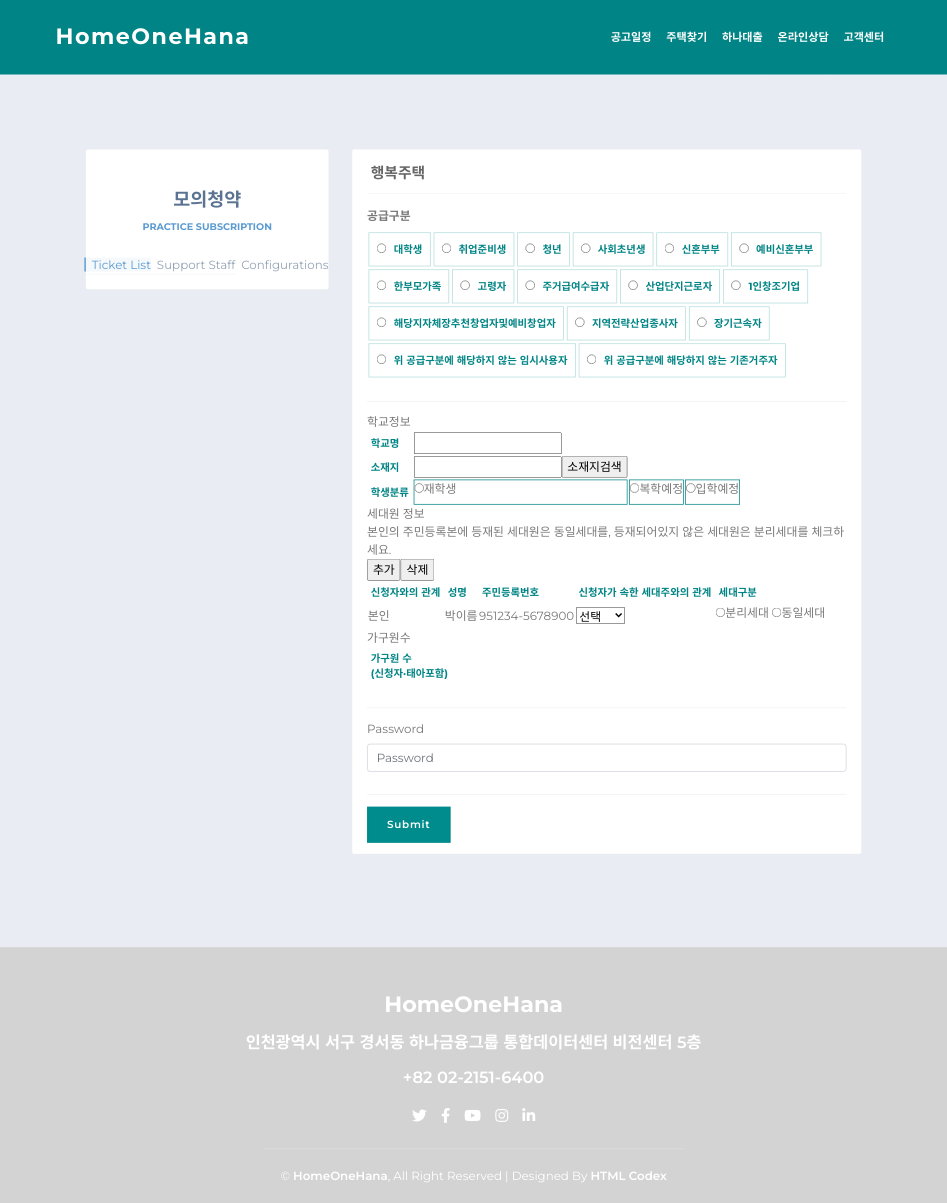
Repository: koposoftware/2021_10_syyoon
Page: http://localhost/HomeOneHana/WEB-INF/jsp/subscription/subscription.jsp
The author's editor kept a copy of each file at every save. The page is drawn from the files as they stood at one save, then again after the next save.
The browser window is 1280 px wide. The pictures show the whole page, at 74% of full size.
Some icons come from a web library that is not loaded, so they are not drawn. Some web libraries are served in a nearby version. The page is served by Tomcat 9. Nobody is signed in. Other server files are loaded and not shown. The template is opened directly, without the code that normally fills it, so the values that code supplies are empty.

Above is the page before, as saved 2021-09-14 23:41:51.

### project/Spring-mvc/HomeOneHana/src/main/webapp/WEB-INF/jsp/subscription/subscription.jsp
<%@ page language="java" contentType="text/html; charset=UTF-8"
    pageEncoding="UTF-8"%>
<%@ taglib prefix="c" uri="http://java.sun.com/jsp/jstl/core" %>
<!DOCTYPE html>
<html>
<head>
<meta charset="UTF-8">
<title>HomeOneHana::모의청약</title>
<link href="${ pageContext.request.contextPath }/resources/css/top/menubg.css" rel="stylesheet">
<link href="${ pageContext.request.contextPath }/resources/css/subscription/subscription.css" rel="stylesheet">
<script src="https://code.jquery.com/jquery-3.6.0.js"></script>
</head>
<body>
	<header>
		<div class="limiter">
			<div class="container-login100">
				<div class="wrap-login100">
					<jsp:include page="../include/topMenu.jsp" />
				</div>
			</div>
		</div>

	</header>
	<section>

		<div class="container">
			<div class="col-md-12 bgcol">
			    <div class="col-md-4">
			        <div class="portlet light profile-sidebar-portlet bordered">
			            <div class="profile-usertitle">
			                <div class="profile-usertitle-name"> 모의청약 </div>
			                <div class="profile-usertitle-job"> practice subscription </div>
			            </div>

			            <div class="profile-usermenu">
			                <ul class="nav">
			                    <li class="active">
			                        <a href="#">
			                            <i class="icon-home"></i> Ticket List </a>
			                    </li>
			                    <li>
			                        <a href="#">
			                            <i class="icon-settings"></i> Support Staff </a>
			                    </li>
			                    <li>
			                        <a href="#">
			                            <i class="icon-info"></i> Configurations </a>
			                    </li>
			                </ul>
			            </div>
			        </div>
			    </div>
			    <div class="col-md-8">
			        <div class="portlet light bordered">
			            <div class="portlet-title tabbable-line">
			                <div class="caption caption-md">
			                    <i class="icon-globe theme-font hide"></i>
			                    <span class="caption-subject font-blue-madison bold uppercase">행복주택</span>
			                </div>
			            </div>
			            <div class="portlet-body">
			                <div>


			                    <!-- Tab panes -->
			                    <div class="tab-content">
			                        <div role="tabpanel" class="tab-pane active" id="home">
			                            <form method="get" action="${ pageContext.request.contextPath }/subscription">
			                              <div class="form-group" >
			                                <label class="ititle" >공급구분</label>
			                                	<ul class="nav btnBox" id="inputcerti">
			                                		<li class="btnOutline"><input type="radio" onClick="getvalue(this.value)" id="대학생" value="대학생" name="certification" ><label class="icontent" for="대학생"> 대학생</label></li>
			                                		<li class="btnOutline"><input type="radio" onClick="getvalue(this.value)" id="취업준비생" value="취업준비생" name="certification" ><label class="icontent" for="취업준비생"> 취업준비생</label></li>
			                                		<li class="btnOutline"><input type="radio" onClick="getvalue(this.value)" id="청년" value="청년" name="certification" ><label class="icontent" for="청년"> 청년</label></li>
			                                		<li class="btnOutline"><input type="radio" onClick="getvalue(this.value)" id="사회초년생" value="사회초년생" name="certification" ><label class="icontent" for="사회초년생"> 사회초년생</label></li>
			                                		<li class="btnOutline"><input type="radio" onClick="getvalue(this.value)" id="신혼부부"  value="신혼부부" name="certification" ><label class="icontent" for="신혼부부" > 신혼부부</label></li>
			                                		<li class="btnOutline"><input type="radio" onClick="getvalue(this.value)" id="예비신혼부부" value="예비신혼부부" name="certification" ><label class="icontent" for="예비신혼부부"> 예비신혼부부</label></li>
			                                		<li class="btnOutline"><input type="radio" onClick="getvalue(this.value)" id="한부모가족" value="한부모가족" name="certification" ><label class="icontent" for="한부모가족"> 한부모가족</label></li>
			                                		<li class="btnOutline"><input type="radio" onClick="getvalue(this.value)" id="고령자" value="고령자" name="certification" ><label class="icontent" for="고령자"> 고령자</label></li>
			                                		<li class="btnOutline"><input type="radio" onClick="getvalue(this.value)" id="주거급여수급자" value="주거급여수급자" name="certification" ><label class="icontent" for="주거급여수급자"> 주거급여수급자</label></li>
			                                		<li class="btnOutline"><input type="radio" onClick="getvalue(this.value)" id="산업단지근로자" value="산업단지근로자" name="certification" ><label class="icontent" for="산업단지근로자"> 산업단지근로자</label></li>
			                                		<li class="btnOutline"><input type="radio" onClick="getvalue(this.value)" id="1인창조기업" value="1인 창조기업" name="certification" ><label class="icontent" for="1인창조기업"> 1인창조기업</label></li>
			                                		<li class="btnOutline"><input type="radio" onClick="getvalue(this.value)" id="해당지자체장추천창업자및예비창업자" value="해당 지자체장 추천 창업자 및 예비 창업자" name="certification" ><label class="icontent" for="해당지자체장추천창업자및예비창업자"> 해당지자체장추천창업자및예비창업자</label></li>
			                                		<li class="btnOutline"><input type="radio" onClick="getvalue(this.value)" id="지역전략산업종사자" value="지역전략산업 종사자" name="certification" ><label class="icontent" for="지역전략산업종사자"> 지역전략산업종사자</label></li>
			                                		<li class="btnOutline"><input type="radio" onClick="getvalue(this.value)" id="장기근속자" value="장기근속자" name="certification" ><label class="icontent" for="장기근속자"> 장기근속자</label></li>
			                                		<li class="btnOutline"><input type="radio" onClick="getvalue(this.value)" id="etc1" value="위 공급구분에 해당하지 않는 임시사용자" name="certification" ><label class="icontent" for="etc1"> 위 공급구분에 해당하지 않는 임시사용자</label></li>
			                                		<li class="btnOutline"><input type="radio" onClick="getvalue(this.value)" id="etc2" value="위 공급구분에 해당하지 않는 기존거주자" name="certification" ><label class="icontent" for="etc2"> 위 공급구분에 해당하지 않는 기존거주자</label></li>
			                                	</ul>
			                              </div>
			                                <div id="ranking-group">

			                                </div>
			                                <div id="agree-group">
			                                	<div class="form-group">


			                                			<div>학교정보</div>
				                                		<table>
				                                			<tr>
				                                				<th><div class="icontent">학교명</div></th>
				                                				<td><input type="text" name="schoolname"></td>
				                                			</tr>
				                                			<tr>
				                                				<th><div class="icontent">소재지</div></th>
				                                				<td><input type="text" name="schooladdr"><input type="button" value="소재지검색"></td>
				                                			</tr>
				                                			<tr>
				                                				<th><div class="icontent">학생분류</div></th>
				                                				<td><div style="border:1px solid #008485;"><input type="radio" id="재학생" name="schooltype" value="재학생"><label for="재학생"  class="ranktitle"> 재학생</label></div></td>
				                                				<td><div style="border:1px solid #008485;"><input type="radio" id="복학예정" name="schooltype" value="복학예정"><label for="복학예정"  class="ranktitle"> 복학예정</label></div></td>
				                                				<td><div style="border:1px solid #008485;"><input type="radio" id="입학예정" name="schooltype" value="입학예정"><label for="입학예정"  class="ranktitle"> 입학예정</label></div></td>
				                                			</tr>
				                                		</table>


				                                		<div>세대원 정보</div>
				                                		<div>본인의 주민등록본에 등재된 세대원은 동일세대를, 등재되어있지 않은 세대원은 분리세대를 체크하세요.</div>
				                                		<input type="button" value="추가"><input type="button" value="삭제">
				                                		<table>
				                                			<thead>
					                                			<tr>
					                                				<th><div class="icontent">신청자와의 관계</div></th>
					                                				<th><div class="icontent">성명</div></th>
					                                				<th><div class="icontent">주민등록번호</div></th>
					                                				<th><div class="icontent">신청자가 속한 세대주와의 관계</div></th>
					                                				<th><div class="icontent">세대구분</div></th>
					                                			</tr>
				                                			</thead>
				                                			<tbody>
				                                				<tr>
				                                					<td>본인</td>
				                                					<td>박이름</td>
				                                					<td>951234-5678900</td>
				                                					<td><select>
				                                							<option selected>선택</option>
				                                							<option>부모</option>
				                                							<option>자식</option>
				                                							<option>형제</option>
				                                							<option>조부모</option>
				                                						</select>
				                                					</td>
				                                					<td>
				                                						<input type="radio" id="seperate" name="familytype" value="분리세대"><label for="seperate" >분리세대</label>
				                                						<input type="radio" id="same" name="familytype" value="동일세대"><label for="same" >동일세대</label>
				                                					</td>
				                                			</tbody>
				                                		</table>

				                                		<div>가구원수</div>
				                                		<table>

					                                			<tr>
					                                				<th><div class="icontent">가구원 수<br>(신청자·태아포함)</div></th>
					                                				<td>
					                                			</tr>

				                                		</table>


				                              </div>

			                                </div>

			                              <div class="form-group">
			                                <label for="exampleInputPassword1">Password</label>
			                                <input type="password" class="form-control" id="exampleInputPassword1" placeholder="Password">
			                              </div>

			                              <button type="submit" class="btn btn-default">Submit</button>
			                            </form>
			                        </div>
			                        <div role="tabpanel" class="tab-pane" id="profile">Profile</div>
			                        <div role="tabpanel" class="tab-pane" id="messages">Messages</div>
			                        <div role="tabpanel" class="tab-pane" id="settings">Settings</div>
			                    </div>

			                </div>
			            </div>
			        </div>
			    </div>
			</div>
			</div>

	</section>
	<script src="${ pageContext.request.contextPath }/resources/js/subscription/subscription.js"></script>
	<footer>
		<jsp:include page="../include/bottomMenu.jsp" />
	</footer>
</body>
</html>

### project/Spring-mvc/HomeOneHana/src/main/webapp/WEB-INF/jsp/include/topMenu.jsp
<%@ page language="java" contentType="text/html; charset=UTF-8"
    pageEncoding="UTF-8"%>
<%@ taglib prefix="c" uri="http://java.sun.com/jsp/jstl/core" %>

        <meta content="width=device-width, initial-scale=1.0" name="viewport">
        <meta content="Free Website Template" name="keywords">
        <meta content="Free Website Template" name="description">


		<!-- font-awesome icon  -->
		<link href="//maxcdn.bootstrapcdn.com/font-awesome/4.1.0/css/font-awesome.min.css" rel="stylesheet" />

        <!-- Favicon -->
        <!-- <link href="/Practice-Web/Front/img/favicon.ico" rel="icon"> -->

        <!-- Google Font -->
        <link href="https://fonts.googleapis.com/css2?family=Montserrat:wght@300;400;500;600;700&display=swap" rel="stylesheet">
		<link href="https://fonts.googleapis.com/css2?family=Noto+Sans+KR:wght@100&display=swap" rel="stylesheet">

        <!-- CSS Libraries -->
        <link href="https://stackpath.bootstrapcdn.com/bootstrap/4.4.1/css/bootstrap.min.css" rel="stylesheet">
        <link href="https://cdnjs.cloudflare.com/ajax/libs/font-awesome/5.10.0/css/all.min.css" rel="stylesheet">

        <link href="${ pageContext.request.contextPath }/resources/lib/animate/animate.min.css" rel="stylesheet">
        <link href="${ pageContext.request.contextPath }/resources/lib/owlcarousel/assets/owl.carousel.min.css" rel="stylesheet">
        <link href="${ pageContext.request.contextPath }/resources/lib/lightbox/css/lightbox.min.css" rel="stylesheet">



        <!-- Template Stylesheet -->
        <link href="${ pageContext.request.contextPath }/resources/css/style.css" rel="stylesheet">

<!-- Nav Bar Start -->
<div class="navbar navbar-expand-lg bg-light navbar-light">
    <div class="container-fluid">
        <a href="${ pageContext.request.contextPath }/" class="navbar-brand">HomeOneHana</a>
        <button type="button" class="navbar-toggler" data-toggle="collapse" data-target="#navbarCollapse">
            <span class="navbar-toggler-icon"></span>
        </button>

        <div class="collapse navbar-collapse justify-content-between" id="navbarCollapse">
            <div class="navbar-nav ml-auto">
                <!-- <a href="Front/index2.jsp" class="nav-item nav-link active">Home</a> -->
                <a href="${ pageContext.request.contextPath }/schedule" class="nav-item nav-link">공고일정</a>
                <a href="${ pageContext.request.contextPath }/search" class="nav-item nav-link">주택찾기</a>
                <a href="${ pageContext.request.contextPath }/loan" class="nav-item nav-link">하나대출</a>
                <a href="${ pageContext.request.contextPath }/consult/reservation" class="nav-item nav-link">온라인상담</a>
                <a href="#" class="nav-item nav-link">고객센터</a>


                <%--로그인사용자만 접근가능 --%>
                <c:if test="${ not empty sessionScope.loginVO  }">
	               	<a href="${ pageContext.request.contextPath }/logout" class="nav-item nav-link">로그아웃</a>
	                <a href="#" class="nav-item nav-link"><i class="fas fa-user-circle fa-3x"></i></a>
                </c:if>

            </div>
        </div>
    </div>
</div>

### project/Spring-mvc/HomeOneHana/src/main/webapp/WEB-INF/jsp/include/bottomMenu.jsp
<%@ page language="java" contentType="text/html; charset=UTF-8"
    pageEncoding="UTF-8"%>
		<!-- Footer Start -->
        <div class="footer wow fadeIn" data-wow-delay="0.3s">
            <div class="container-fluid">
                <div class="container">
                    <div class="footer-info">
                        <h2>HomeOneHana</h2>
                        <h3>인천광역시 서구 경서동 하나금융그룹 통합데이터센터 비전센터 5층</h3>
                        <div class="footer-menu">
                            <p>+82 02-2151-6400</p>
                        </div>
                        <div class="footer-social">
                            <a href=""><i class="fab fa-twitter"></i></a>
                            <a href=""><i class="fab fa-facebook-f"></i></a>
                            <a href=""><i class="fab fa-youtube"></i></a>
                            <a href=""><i class="fab fa-instagram"></i></a>
                            <a href=""><i class="fab fa-linkedin-in"></i></a>
                        </div>
                    </div>
                </div>
                <div class="container copyright">
                    <p>&copy; <a href="#">HomeOneHana</a>, All Right Reserved | Designed By <a href="https://htmlcodex.com">HTML Codex</a></p>
                </div>
            </div>
        </div>
        <!-- Footer End -->


        <!-- Back to top button -->
        <a href="#" class="btn back-to-top"><i class="fa fa-chevron-up"></i></a>


        <!-- Pre Loader -->
        <div id="loader" class="show">
            <div class="loader"></div>
        </div>


		<!-- JavaScript Libraries -->
        <script src="https://code.jquery.com/jquery-3.4.1.min.js"></script>
        <script src="https://stackpath.bootstrapcdn.com/bootstrap/4.4.1/js/bootstrap.bundle.min.js"></script>
        <script src="${ pageContext.request.contextPath }/resources/lib/easing/easing.min.js"></script>
        <script src="${ pageContext.request.contextPath }/resources/lib/wow/wow.min.js"></script>
        <script src="${ pageContext.request.contextPath }/resources/lib/waypoints/waypoints.min.js"></script>
        <script src="${ pageContext.request.contextPath }/resources/lib/typed/typed.min.js"></script>
        <script src="${ pageContext.request.contextPath }/resources/lib/owlcarousel/owl.carousel.min.js"></script>
        <script src="${ pageContext.request.contextPath }/resources/lib/isotope/isotope.pkgd.min.js"></script>
        <script src="${ pageContext.request.contextPath }/resources/lib/lightbox/js/lightbox.min.js"></script>

        <!-- Contact Javascript File -->
        <script src="${ pageContext.request.contextPath }/resources/mail/jqBootstrapValidation.min.js"></script>
        <script src="${ pageContext.request.contextPath }/resources/mail/contact.js"></script>

        <!-- Template Javascript -->
        <script src="${ pageContext.request.contextPath }/resources/js/main.js"></script>

### project/Spring-mvc/HomeOneHana/src/main/webapp/resources/css/top/menubg.css
@charset "UTF-8";


header{
	height:101px;
	background-color:#008485;
}
@media(max-width:992px){
	header{
		height:70px;
	}
}

Loaded but not shown: project/Spring-mvc/HomeOneHana/src/main/webapp/resources/lib/animate/animate.min.css (library); project/Spring-mvc/HomeOneHana/src/main/webapp/resources/lib/owlcarousel/assets/owl.carousel.min.css (common file); project/Spring-mvc/HomeOneHana/src/main/webapp/resources/lib/lightbox/css/lightbox.min.css (common file); project/Spring-mvc/HomeOneHana/src/main/webapp/resources/lib/easing/easing.min.js (common file); project/Spring-mvc/HomeOneHana/src/main/webapp/resources/lib/wow/wow.min.js (library); project/Spring-mvc/HomeOneHana/src/main/webapp/resources/lib/waypoints/waypoints.min.js (library); project/Spring-mvc/HomeOneHana/src/main/webapp/resources/lib/typed/typed.min.js (library); project/Spring-mvc/HomeOneHana/src/main/webapp/resources/lib/owlcarousel/owl.carousel.min.js (library); project/Spring-mvc/HomeOneHana/src/main/webapp/resources/lib/isotope/isotope.pkgd.min.js (library); project/Spring-mvc/HomeOneHana/src/main/webapp/resources/lib/lightbox/js/lightbox.min.js (library); project/Spring-mvc/HomeOneHana/src/main/webapp/resources/mail/jqBootstrapValidation.min.js (library); project/Spring-mvc/HomeOneHana/src/main/webapp/resources/js/subscription/subscription.js (162 lines, source omitted); project/Spring-mvc/HomeOneHana/src/main/webapp/resources/js/main.js (108 lines, source omitted); project/Spring-mvc/HomeOneHana/src/main/webapp/resources/mail/contact.js (65 lines, source omitted); project/Spring-mvc/HomeOneHana/src/main/webapp/resources/css/subscription/subscription.css (2137 lines, source omitted); project/Spring-mvc/HomeOneHana/src/main/webapp/resources/css/style.css (1648 lines, source omitted)

After the next save:
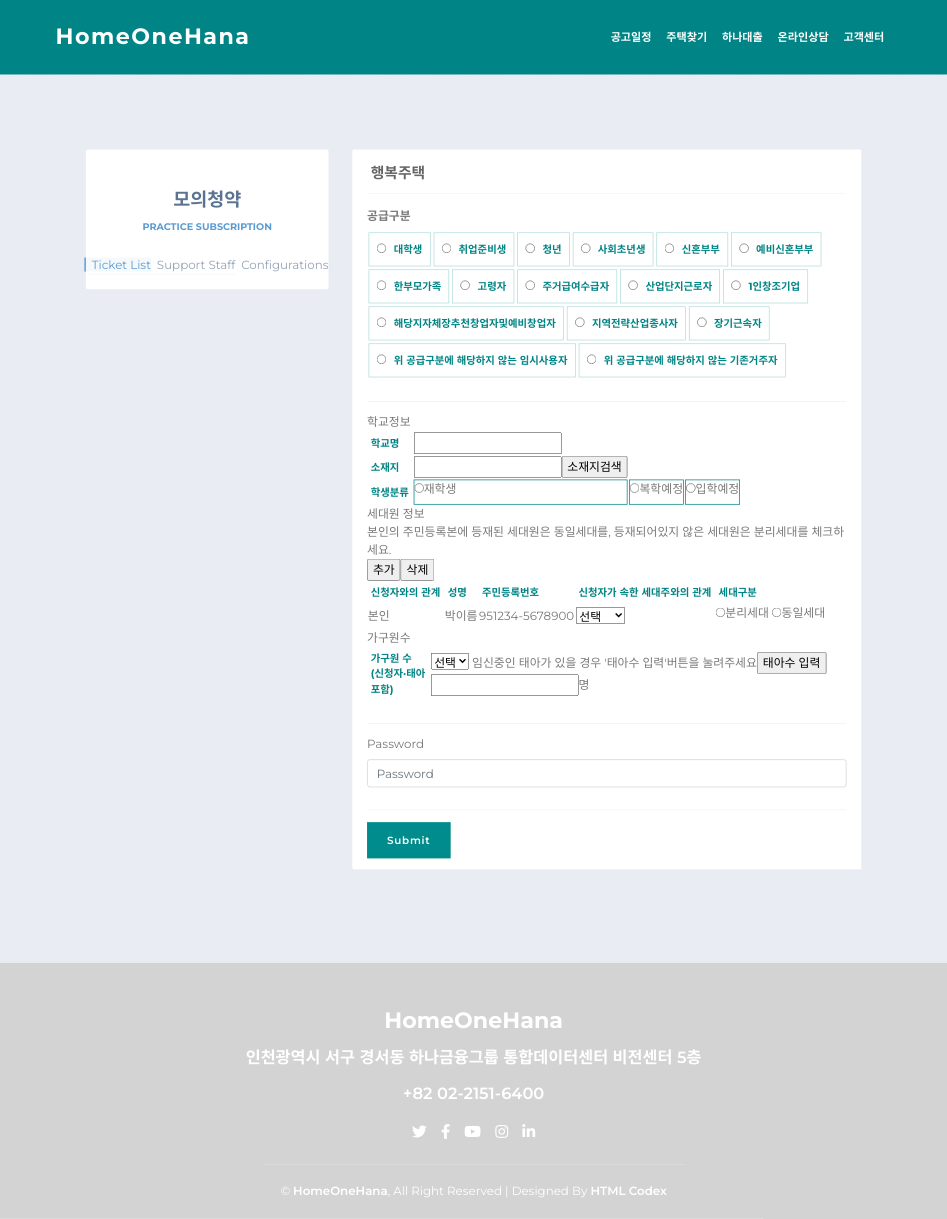
Saved 110 s later.
--- a/project/Spring-mvc/HomeOneHana/src/main/webapp/WEB-INF/jsp/subscription/subscription.jsp
+++ b/project/Spring-mvc/HomeOneHana/src/main/webapp/WEB-INF/jsp/subscription/subscription.jsp
@@ -151,7 +151,14 @@
 
 					                                			<tr>
 					                                				<th><div class="icontent">가구원 수<br>(신청자·태아포함)</div></th>
-					                                				<td>
+					                                				<td><select>
+				                                							<option selected>선택</option>
+				                                							<option>1</option>
+				                                							<option>2</option>
+				                                							<option>3</option>
+				                                							<option>4</option>
+				                                						</select>
+				                                						임신중인 태아가 있을 경우 '태아수 입력'버튼을 눌려주세요<input type="button" value="태아수 입력"><input type="text">명
 					                                			</tr>
 
 				                                		</table>
